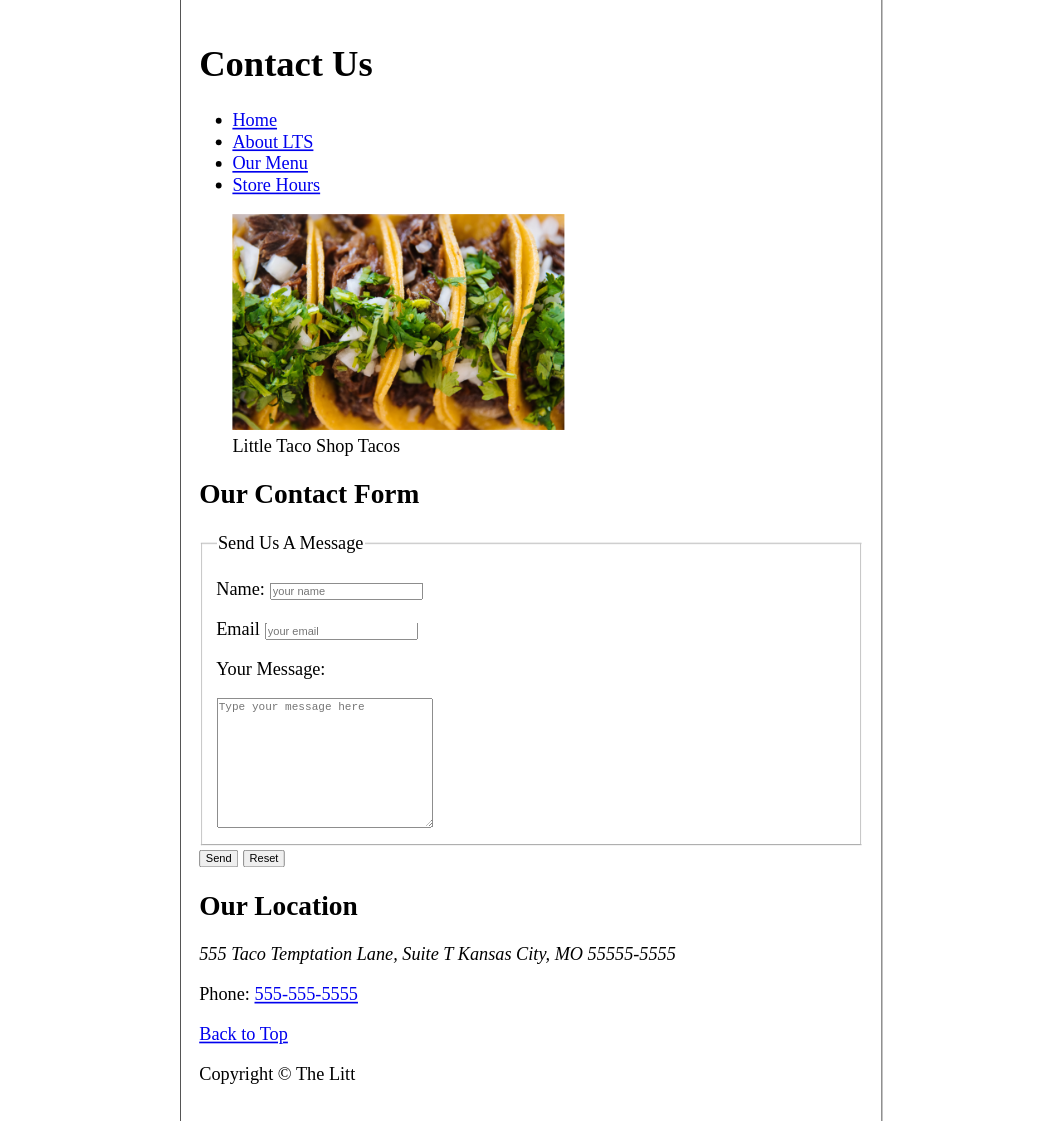
Repository: Israa-Odeh/html-basics-project
Page: contact.html
The author's editor kept a copy of each file at every save. The page is drawn from the files as they stood at one save, then again after the next save.
The browser window is 1280 px wide. The pictures show the whole page, at 83% of full size.

Above is the page before, as saved 2024-08-20 03:16:56.

### contact.html
<!DOCTYPE html>
<html>

<head>
    <meta charset="UTF-8">
    <meta name="author" content="Israa Odeh">
    <meta name="description"
        content="Get in touch with Little Taco Shop! Visit our Contact Us page for our phone number, and location details. We are here to help with any questions or feedback.">
    <title>Contact Us - LTS</title>
    <link rel="icon" href="favicon.ico" type="image/x-icon">
    <link rel="stylesheet" href="css/style.css">
</head>

<body>
    <header>
        <h1>Contact Us</h1>
        <nav>
            <ul>
                <li>
                    <a href="index.html">Home</a>
                </li>
                <li>
                    <a href="index.html#about">About LTS</a>
                </li>
                <li>
                    <a href="index.html#menu">Our Menu</a>
                </li>
                <li>
                    <a href="hours.html">Store Hours</a>
                </li>
            </ul>
        </nav>
        <figure>
            <img src="img/tacos_close_up_400x260.png"
                alt="Close-up of a taco topped with fresh onions and vibrant parsley." width="400" height="260">
            <figcaption>Little Taco Shop Tacos</figcaption>
        </figure>
    </header>

    <main>
        <h2>Our Contact Form</h2>
        <form action="https://httpbin.org/post" method="post">
            <fieldset>
                <legend>Send Us A Message</legend>
                <p>
                    <label for="name">Name:</label>
                    <input type="text" id="name" name="name" placeholder="your name" required autocomplete="name">
                </p>
                <p>
                    <label for="email">Email</label>
                    <input type="email" id="email" name="email" placeholder="your email" required autocomplete="email">
                </p>
                <p>Your Message:</p>
                <textarea name="messgae" id="message" rows="10" cols="30" placeholder="Type your message here"
                    required></textarea>
            </fieldset>
            <button type="submit">Send</button>
            <button type="reset">Reset</button>
        </form>

        <h2>Our Location</h2>
        <address>
            555 Taco Temptation Lane, Suite T
            Kansas City, MO 55555-5555
        </address>
        <p>Phone: <a href="tel:555-555-5555">555-555-5555</a></p>
    </main>

    <footer>
        <a href="#top">Back to Top</a>
        <p>Copyright &copy; The Litt</p>
    </footer>

</body>

</html>

Loaded but not shown: css/style.css (common file)

After the next save:
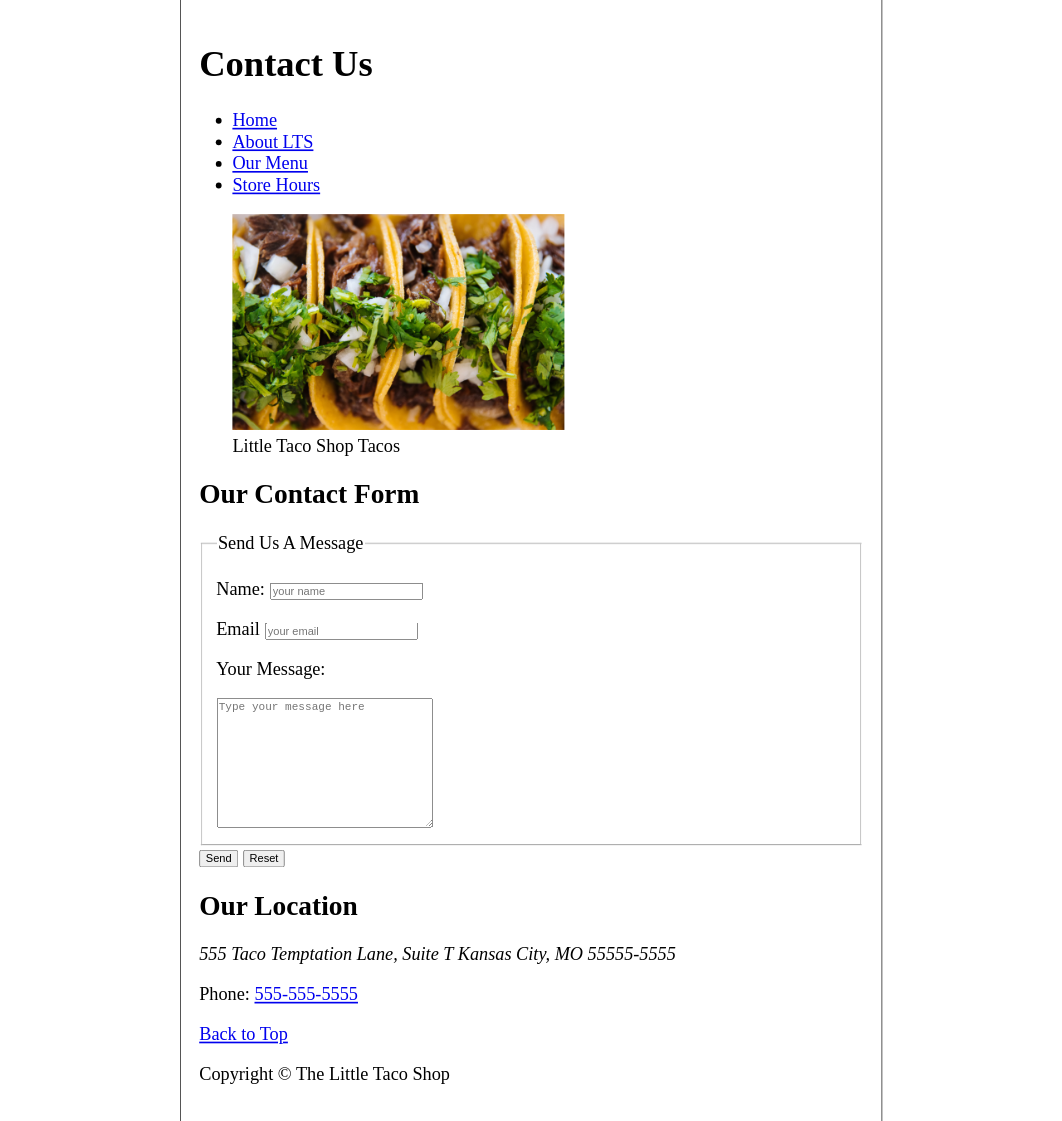
Saved 4 s later.
--- a/contact.html
+++ b/contact.html
@@ -68,7 +68,7 @@
 
     <footer>
         <a href="#top">Back to Top</a>
-        <p>Copyright &copy; The Litt</p>
+        <p>Copyright &copy; The Little Taco Shop</p>
     </footer>
 
 </body>
